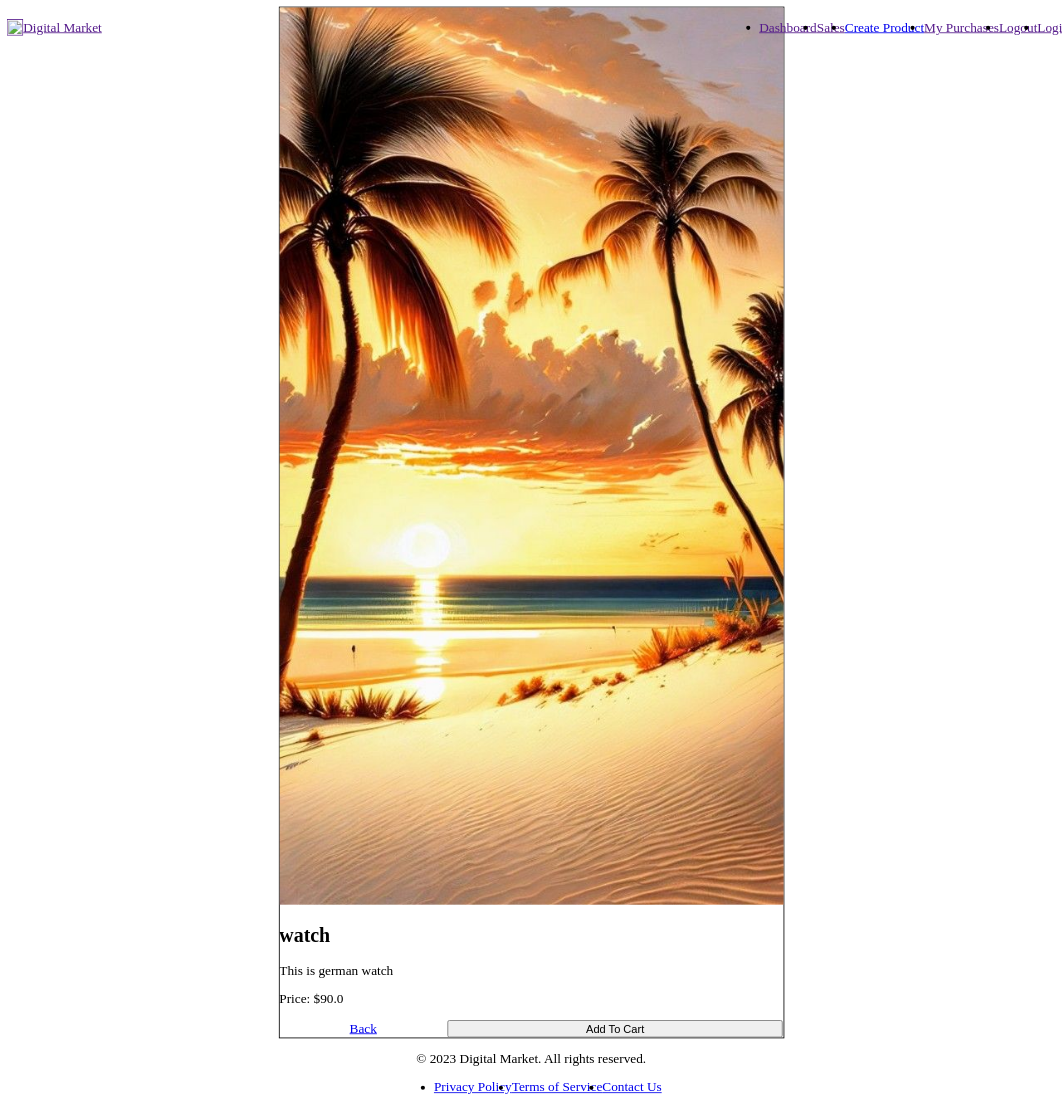
Repository: Zedestar/DigitalMarket_django
Page: http://localhost/product_details/5/
The author's editor kept a copy of each file at every save. The page is drawn from the files as they stood at one save, then again after the next save.
The browser window is 1280 px wide. The pictures show the whole page, at 83% of full size.
The page is served by the project's application, run on Django 5.2 (manage.py). Style sheets and scripts are compiled from the project's sources, by tool versions that may differ from the author's. The page reads the database file committed with the project.

Above is the page before, as saved 2025-03-28 10:09:43.

After the next save:
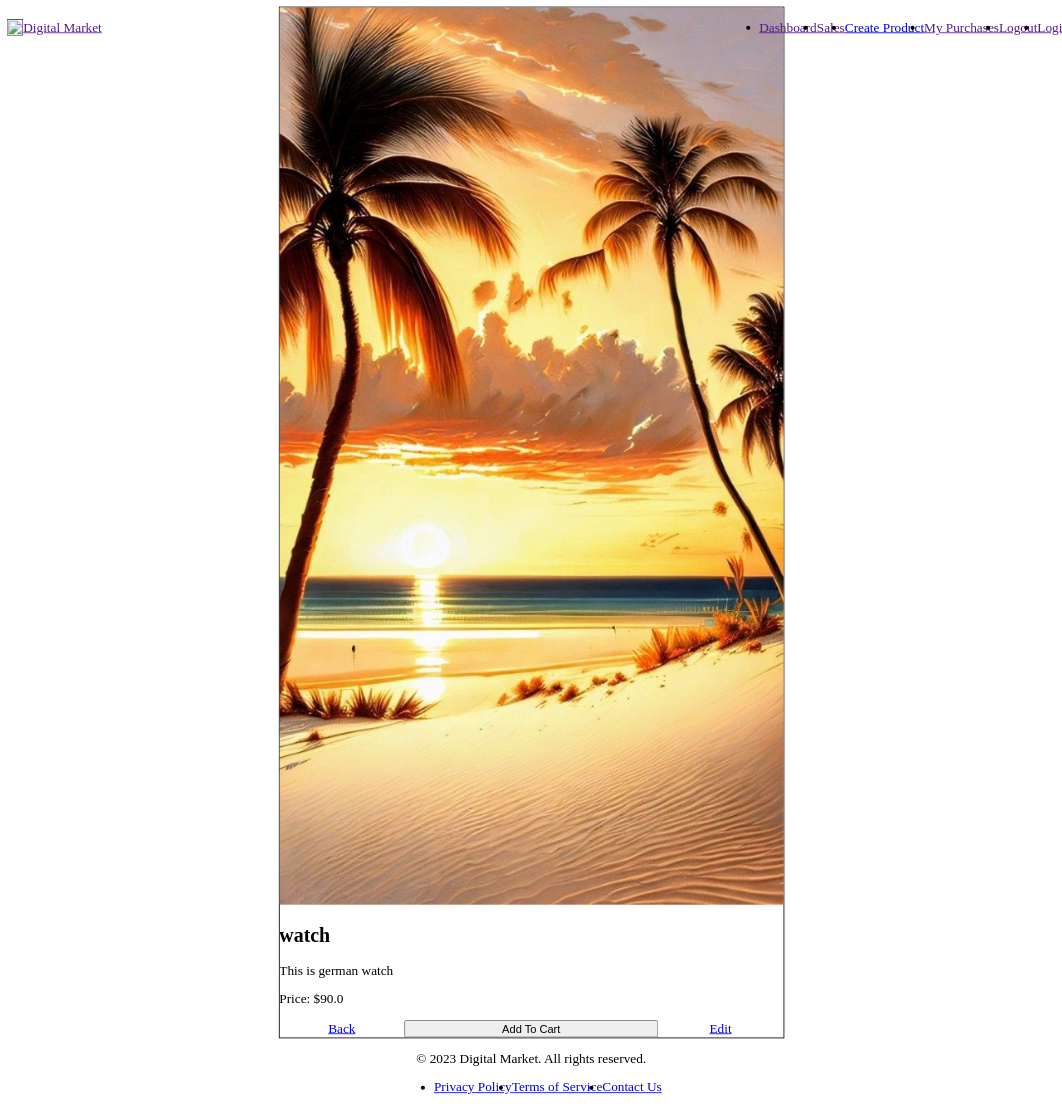
Saved 3 min 8 s later.
--- a/myapp/templates/myapp/product_details.html
+++ b/myapp/templates/myapp/product_details.html
@@ -21,6 +21,10 @@
                     <button class=" ml-1 w-2/3 bg-green-500 text-white font-medium py-1 rounded-sm hover:bg-green-600 active:bg-green-700 transition">
                         Add To Cart
                     </button>
+                    <a href="{% url 'edit_product' product.id %}"
+                       class="w-1/3 bg-green-600 text-white font-medium py-1 rounded-sm hover:bg-green-700 active:bg-green-700 transition">
+                        Edit
+                    </a>
                 </div>
             </div>
         </div>
